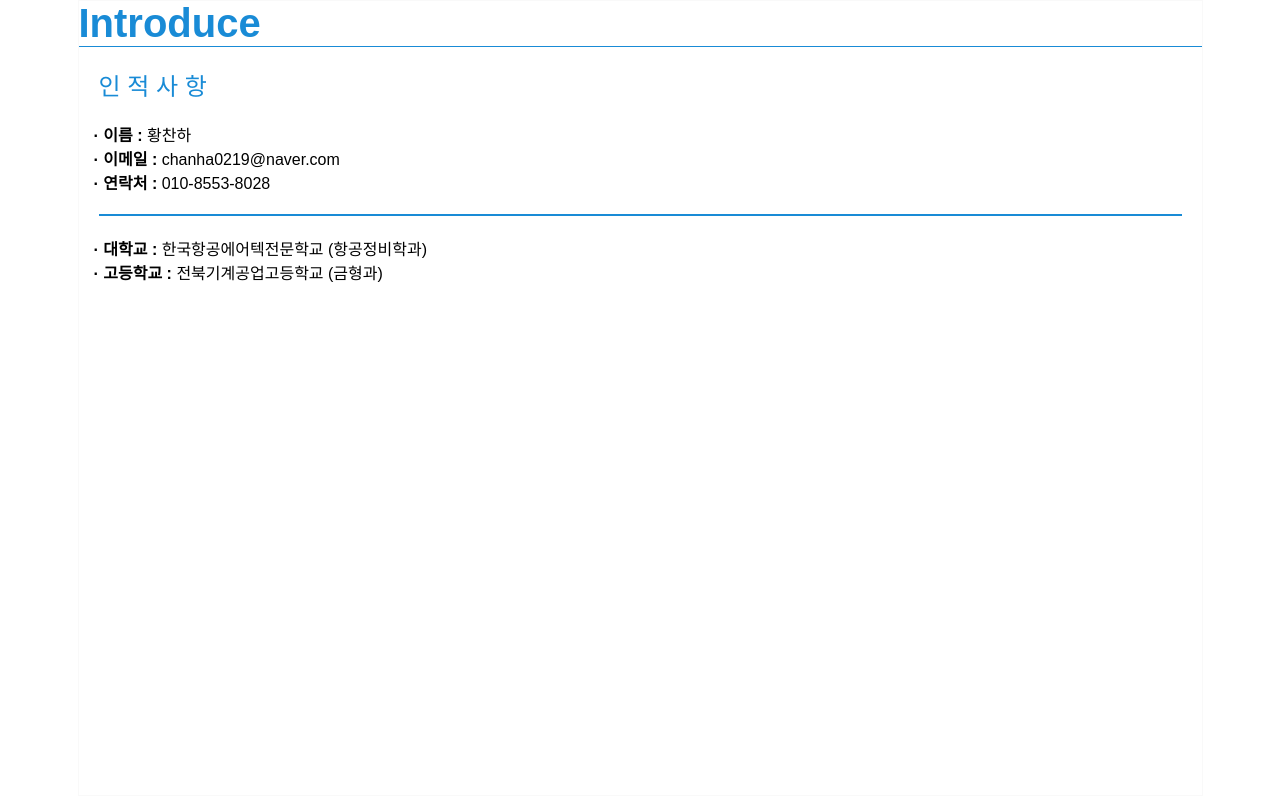
Repository: DooBae-KR/MySelf
Page: /
These files come from the project's save history. The page is drawn as it stood at one moment and after the next save; the edit follows.
The browser window is 1280 px wide. The pictures show the whole page.
The project was rebuilt for these pictures with package versions that can differ from the ones it lists, and the page was loaded fresh each time. Also part of the build but not shown: src/pages/MainPage.js, src/pages/header/HeaderLogo.js, src/pages/header/TabMenu.js, src/pages/HeaderPage.js.

Above is the page before, as saved 2025-07-23 21:19:09.

After the next save:
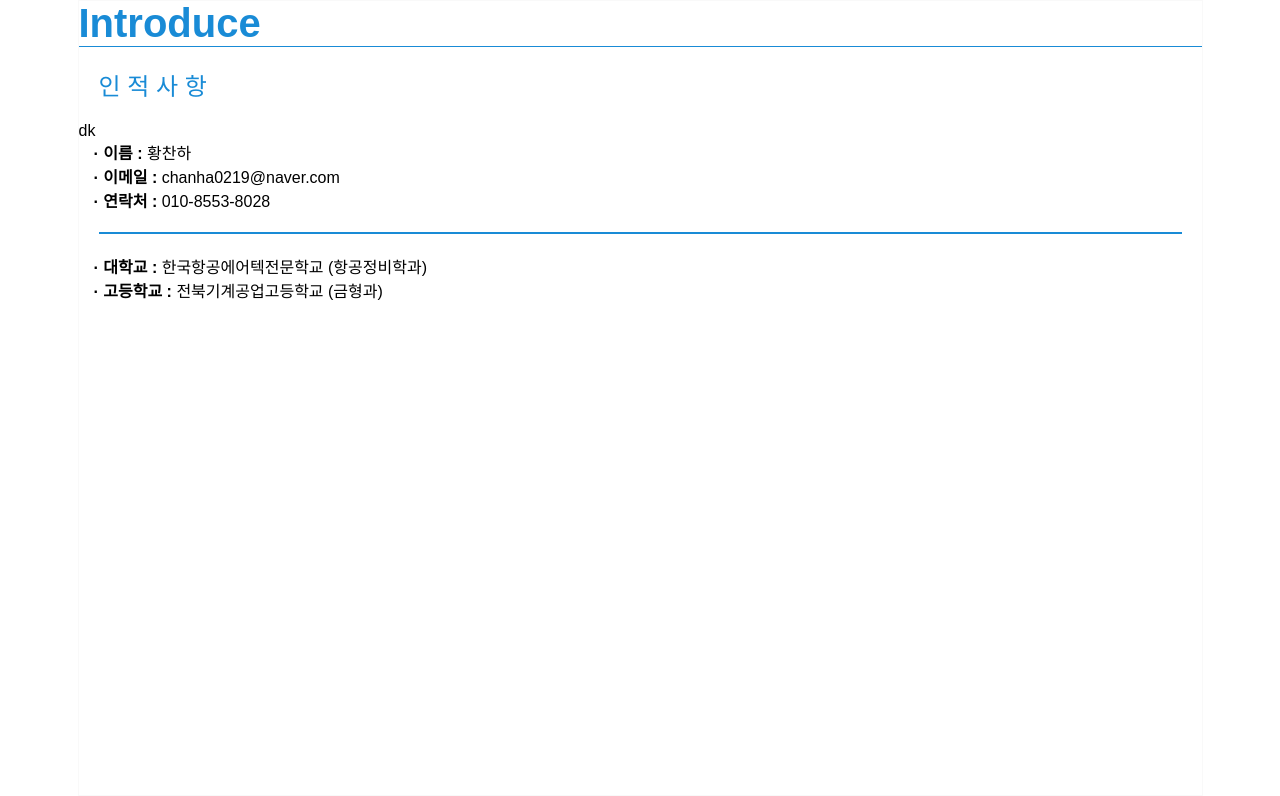
Saved 4 s later.
--- a/src/pages/Myself.js
+++ b/src/pages/Myself.js
@@ -7,7 +7,7 @@ export default function MySelf(){
             <div className="container content">
                 <div className="contentTitle">인 적 사 항</div>
                 <div className="myimg">
-
+                    dk
                 </div>
                   <div className="context">
                     <p><strong>· 이름 : </strong>{myInfo.name}</p>
